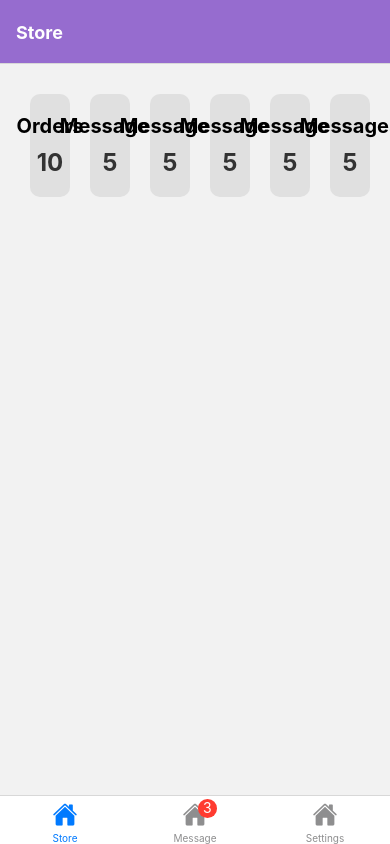
Repository: Waikato153/AwesomeProject
Screen: /
These files come from the project's save history. The screen is drawn as it stood at one moment and after a run of saves; the edit follows.
The app was drawn by React Native's web renderer in a window 390 px wide. The project was rebuilt for these pictures with package versions that can differ from the ones it lists, and the page was loaded fresh each time.

Above is the screen before, as saved 2024-02-29 11:46:59.

### App.js
import * as React from 'react';
import { Text, View, StyleSheet} from 'react-native';
import { NavigationContainer } from '@react-navigation/native';
import { createBottomTabNavigator } from '@react-navigation/bottom-tabs';
import { Ionicons } from '@expo/vector-icons';

import HomeScreen from './screens/HomeScreen';

function SettingsScreen() {
  return (
    <View style={{ flex: 1, justifyContent: 'center', alignItems: 'center' }}>
      <Text>Settings!</Text>
    </View>
  );
}


const styles = StyleSheet.create({
  container: {
    flex: 1,
    justifyContent: 'center',
    backgroundColor: 'white',
    alignItems: 'center',
    padding: 8,
  },
  paragraph: {
    margin: 24,
    fontSize: 18,
    fontWeight: 'bold',
    textAlign: 'center',
  },
});

const Tab = createBottomTabNavigator();

function MyTabs() {
  return (

    <Tab.Navigator
      screenOptions={{
        tabBarIcon: ({ color, size }) => (
          <Ionicons name="home" color={color} size={size} />
        ),
        headerStyle: {
          backgroundColor: '#966ccf',
        },
        headerTintColor: '#fff',
        headerTitleStyle: {
          fontWeight: 'bold',
        },
      }}
    >
      <Tab.Screen
        name="Store"
        component={HomeScreen}

      />
      <Tab.Screen
        name="Message"
        component={SettingsScreen}
        options={{
          tabBarBadge: 3
        }}
      />
      <Tab.Screen
        name="Settings"
        component={SettingsScreen}
      />
    </Tab.Navigator>
  );
}

export default function App() {
  return (
    <NavigationContainer>
      <MyTabs />
    </NavigationContainer>
  );
}

### screens/HomeScreen.js
import React from 'react';
import { View, Text, StyleSheet, ScrollView } from 'react-native';

const HomeScreen = () => {
  return (
    <View  style={styles.container}>
      <View style={styles.block}>
        <Text style={styles.title}>Orders</Text>
        <Text style={styles.count}>10</Text>
      </View>
      <View style={styles.block}>
        <Text style={styles.title}>Messages</Text>
        <Text style={styles.count}>5</Text>
      </View>
      <View style={styles.block}>
        <Text style={styles.title}>Messages</Text>
        <Text style={styles.count}>5</Text>
      </View>
      <View style={styles.block}>
        <Text style={styles.title}>Messages</Text>
        <Text style={styles.count}>5</Text>
      </View>
      <View style={styles.block}>
        <Text style={styles.title}>Messages</Text>
        <Text style={styles.count}>5</Text>
      </View>
      <View style={styles.block}>
        <Text style={styles.title}>Messages</Text>
        <Text style={styles.count}>5</Text>
      </View>
    </View>
  );
};

const styles = StyleSheet.create({
  container: {
    padding: 20,
    flexDirection: 'row', // 水平方向布局

  },
  block: {
    flex:1,
    justifyContent: 'center',
    alignItems: 'center',
    backgroundColor: '#e0e0e0',
    borderRadius: 10,
    padding: 20,
    margin: 10,
  },
  title: {
    fontSize: 20,
    fontWeight: 'bold',
    marginBottom: 10,
  },
  count: {
    fontSize: 24,
    fontWeight: 'bold',
    color: '#333333',
  },
});

export default HomeScreen;

After the next 2 saves:
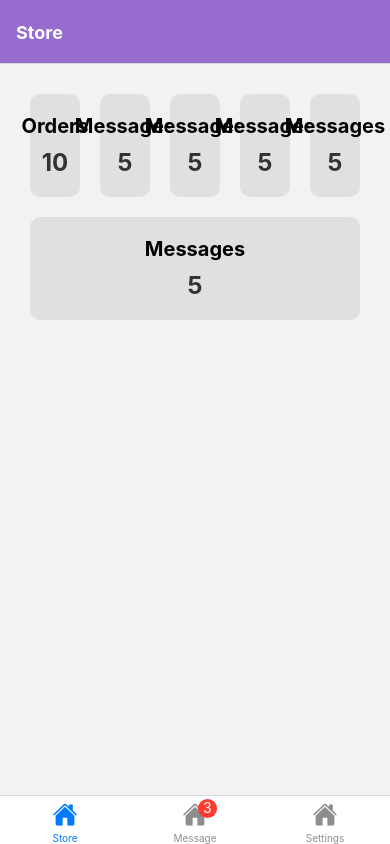
The 2 saves are shown as one change because they came seconds apart.
The last was saved 29 s later.
--- a/screens/HomeScreen.js
+++ b/screens/HomeScreen.js
@@ -36,7 +36,7 @@ const styles = StyleSheet.create({
   container: {
     padding: 20,
     flexDirection: 'row', // 水平方向布局
-
+    flexWrap: 'wrap',
   },
   block: {
     flex:1,
